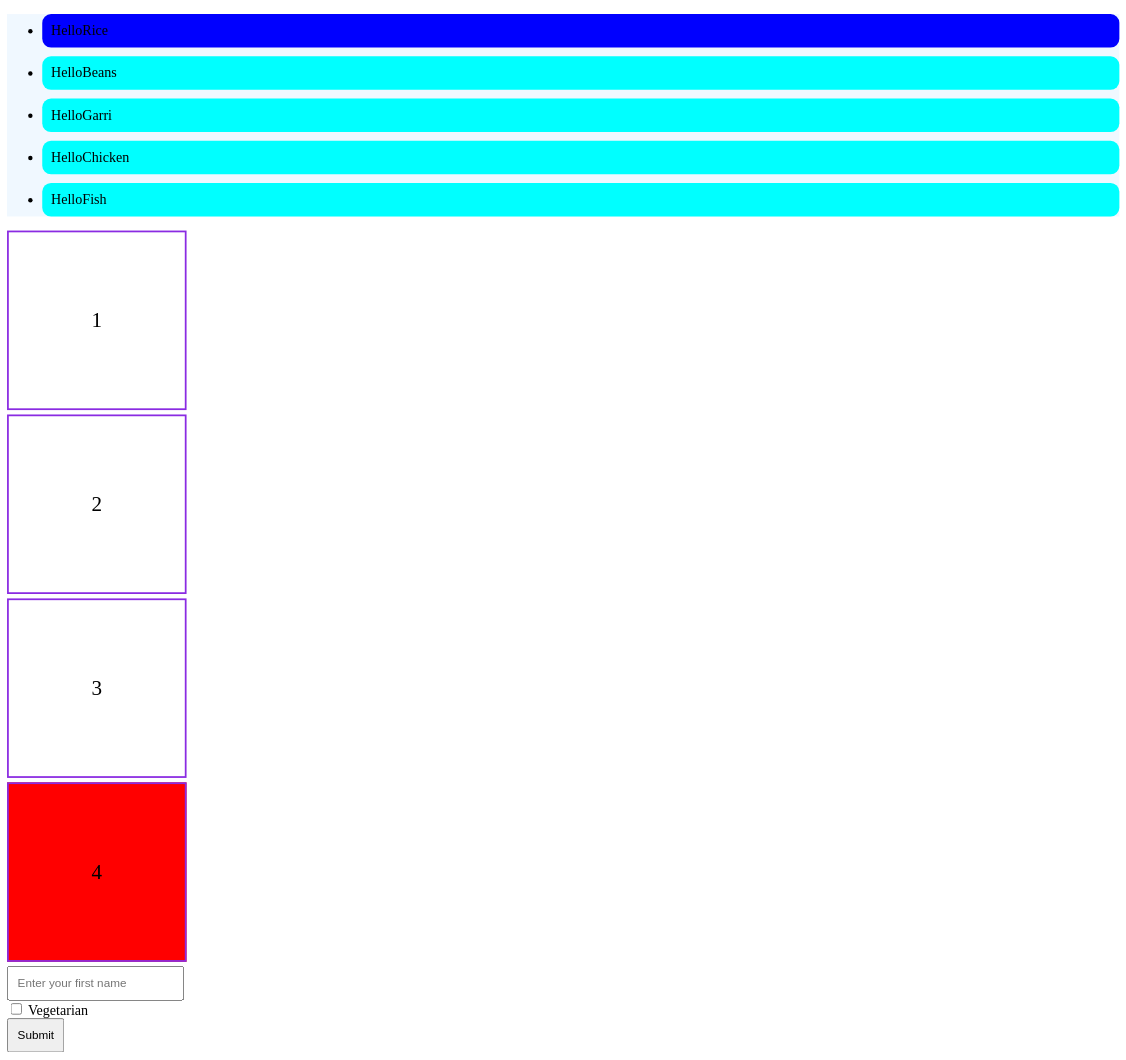
Repository: latenightsnacc/HTML-LESSONS
Page: WEB-DESIGN-2/lessons/pseudoClasses.html
An editor plug-in stored every save of this project. The page is shown before and after a run of saves, followed by the edit.
The browser window is 1280 px wide. The pictures show the whole page, at 88% of full size.

Above is the page before, as saved 2021-09-28 12:26:47.

### WEB-DESIGN-2/lessons/pseudoClasses.html
<!DOCTYPE html>
<html lang="en">
<head>
    <meta charset="UTF-8">
    <meta http-equiv="X-UA-Compatible" content="IE=edge">
    <meta name="viewport" content="width=device-width, initial-scale=1.0">
    <title>Pseudo Classes</title>
    <style>
        .list {
            background-color: aliceblue;
        }
        li {
            padding: 10px;
            background-color: aqua;
            margin: 10px 0px;
            border-radius: 10px;
        }
      .list li:first-child {
          background-color: blue;
      }
      .list li::before {
          content: 'Hello';

      }
        .input {
            padding: 10px;
            outline: none;
            display: block;
        }
        .input:focus {
            border: 2px solid salmon;
        }
        .input:focus-within {
            border: 2px solid salmon !important;
        }
        .checked:checked{
            background-color: blue !important;
        }
        .box {
            width: 200px;
            height: 200px;
            border: 2px solid blueviolet;
            margin-bottom: 5px;
            display: flex;
            justify-content: center;
            align-items: center;
            font-size: x-large;
        }
        .grid div:nth-last-child(1) {
            background-color: red;
        }

    </style>
</head>
<body>
    <ul class="list">
        <li>Rice</li>
        <li>Beans</li>
        <li>Garri</li>
        <li>Chicken</li>
        <li>Fish</li>
    </ul>
    <div class="grid">
        <div class="box">1</div>
        <div class="box">2</div>
        <div class="box">3</div>
        <div class="box">4</div>
    </div>
    <form name="contact" id="contact" class="form" method="" action="form.php">
        <input class="input" type="text" name="fname" id="fname" placeholder="Enter your first name" />
        <input class="checked" type="checkbox" name="vegetarian" value="Vegetarian" />
        <label for="vegetarian">Vegetarian</label>
        <input class="input" type="button" value="Submit"/>
    </form>
</body>
</html>

After the next 2 saves:
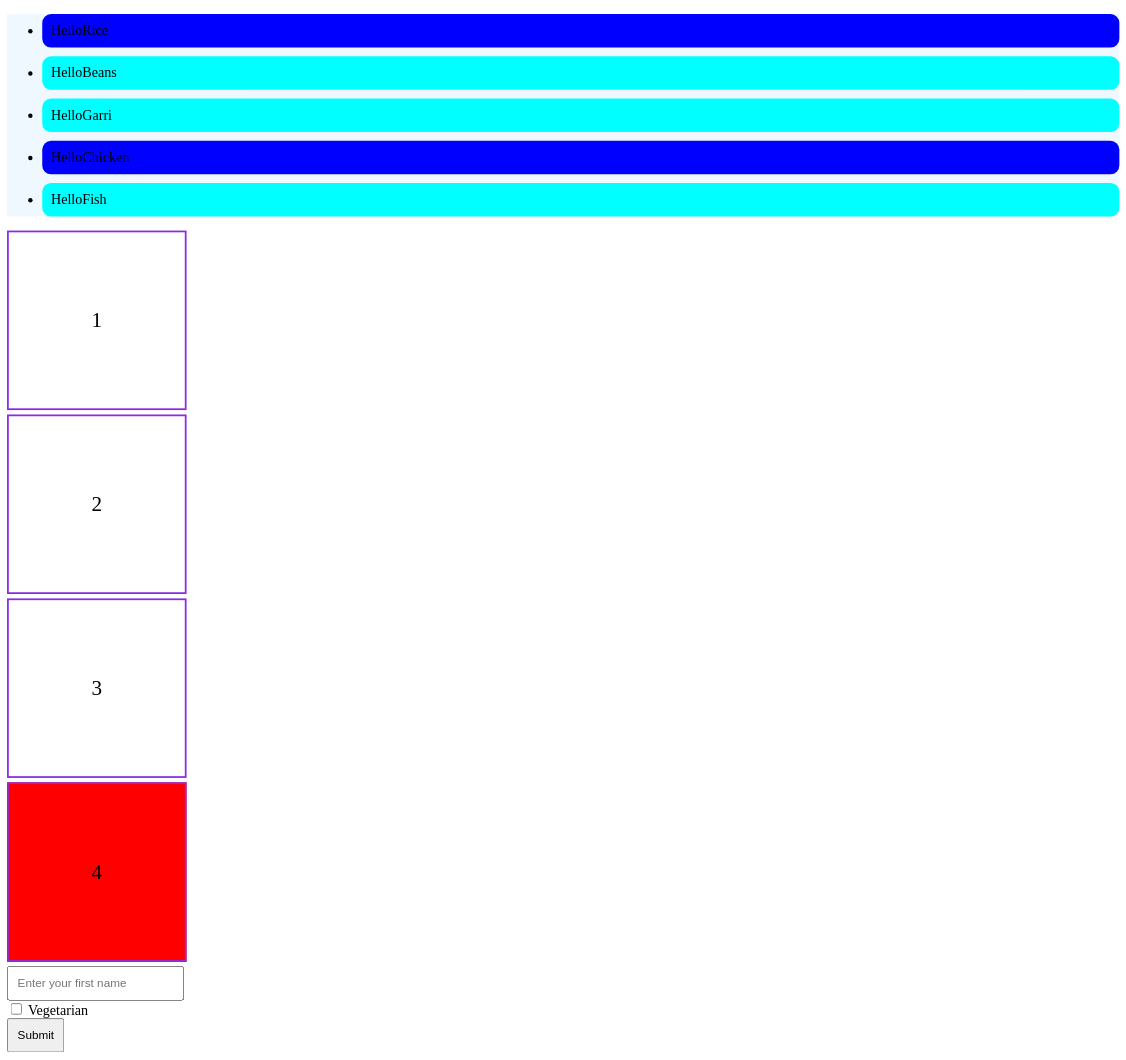
The 2 saves are shown as one change because they came seconds apart.
The last was saved 103 s later.
--- a/WEB-DESIGN-2/lessons/pseudoClasses.html
+++ b/WEB-DESIGN-2/lessons/pseudoClasses.html
@@ -16,6 +16,9 @@
             border-radius: 10px;
         }
       .list li:first-child {
+          background-color: blue;
+      }
+      .list li:nth-child(4) {
           background-color: blue;
       }
       .list li::before {
